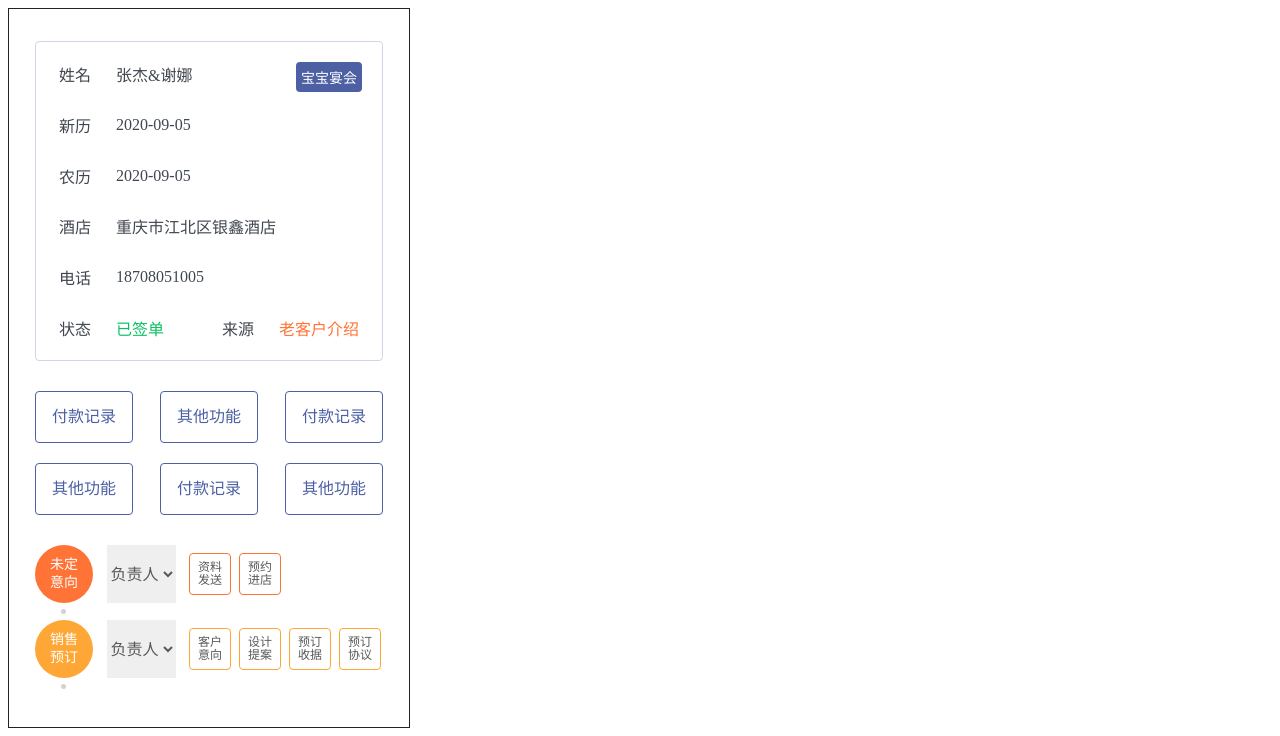
Repository: Lairuola/wedding-1
Page: index.html
The author's editor kept a copy of each file at every save. The page is drawn from the files as they stood at one save, then again after the next save.
The browser window is 1280 px wide. The pictures show the whole page.

Above is the page before, as saved 2020-12-17 14:43:48.

After the next save:
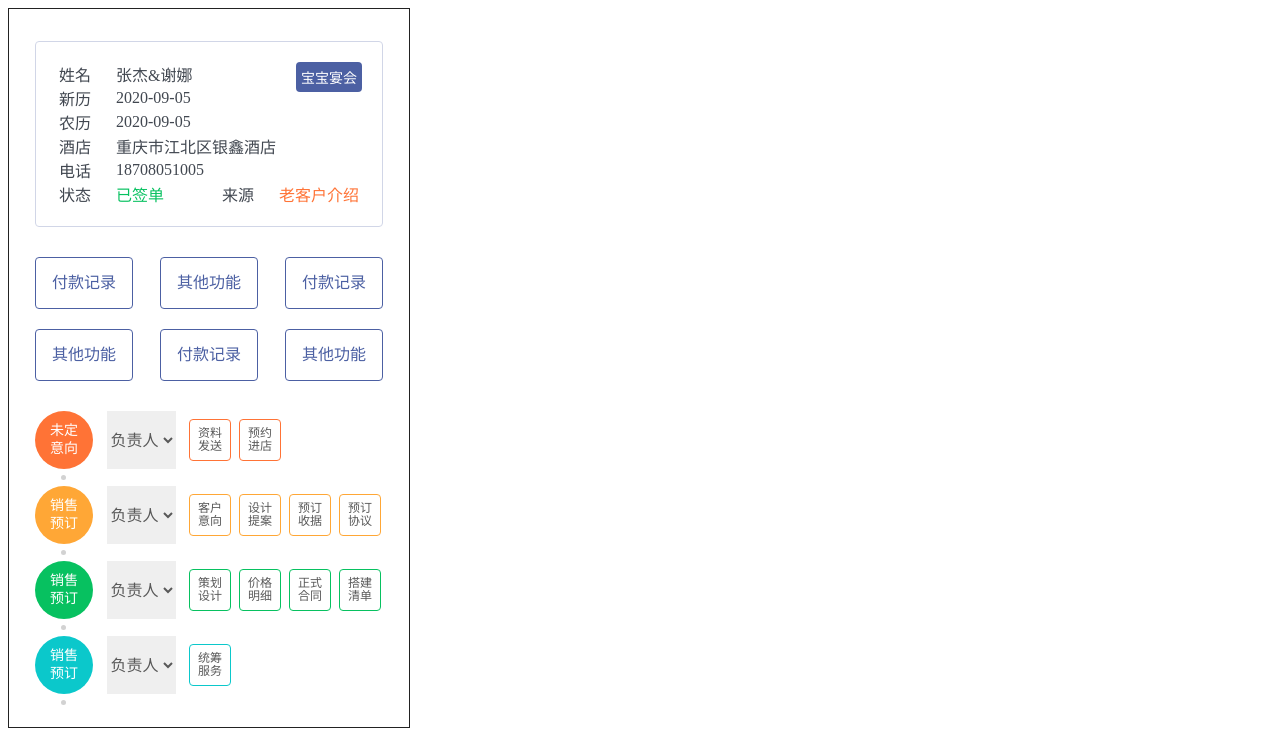
Saved 3 min 7 s later.
--- a/index.html
+++ b/index.html
@@ -2,7 +2,7 @@
  * @Author       : 濑若拉
  * @Date         : 2020-12-17 10:22:14
  * @LastEditors  : 濑若拉
- * @LastEditTime : 2020-12-17 14:43:48
+ * @LastEditTime : 2020-12-17 14:46:55
  * @FilePath     : /slidebar/index.html
 -->
 
@@ -208,6 +208,24 @@
       color: #fff;
     }
 
+    .bot-area .item .btn-row .btn.green {
+      border-color: #07c160;
+    }
+
+    .bot-area .item .btn-row .btn.green:hover {
+      background-color: #07c160;
+      color: #fff;
+    }
+
+    .bot-area .item .btn-row .btn.blue {
+      border-color: #0bc8cb;
+    }
+
+    .bot-area .item .btn-row .btn.blue:hover {
+      background-color: #0bc8cb;
+      color: #fff;
+    }
+
     .color-green {
       color: #07c160
     }
@@ -222,6 +240,14 @@
 
     .bg-color-yellow {
       background-color: #ffa736;
+    }
+
+    .bg-color-green {
+      background-color: #07c160;
+    }
+
+    .bg-color-blue {
+      background-color: #0bc8cb;
     }
   </style>
 </head>
@@ -318,6 +344,47 @@
         </div>
         <div class="dot"></div>
       </div>
+      <div class="item">
+        <div class="circle bg-color-green">
+          <div class="text">销售预订</div>
+        </div>
+        <div class="select-wrap">
+          <select class='bot-select' name="" id="">
+            <option value="">负责人</option>
+          </select>
+        </div>
+        <div class="btn-row">
+          <div class="btn green">
+            <div class="word">策划设计</div>
+          </div>
+          <div class="btn green">
+            <div class="word">价格明细</div>
+          </div>
+          <div class="btn green">
+            <div class="word">正式合同</div>
+          </div>
+          <div class="btn green">
+            <div class="word">搭建清单</div>
+          </div>
+        </div>
+        <div class="dot"></div>
+      </div>
+      <div class="item">
+        <div class="circle bg-color-blue">
+          <div class="text">销售预订</div>
+        </div>
+        <div class="select-wrap">
+          <select class='bot-select' name="" id="">
+            <option value="">负责人</option>
+          </select>
+        </div>
+        <div class="btn-row">
+          <div class="btn blue">
+            <div class="word">统筹服务</div>
+          </div>
+        </div>
+        <div class="dot"></div>
+      </div>
     </div>
   </div>
 </body>
